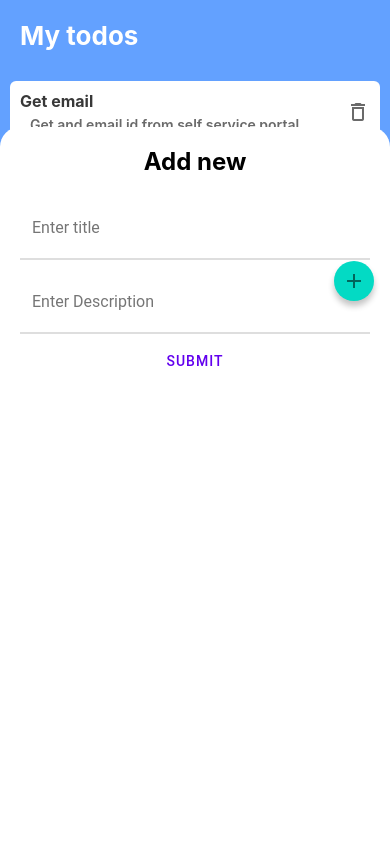
Repository: sadarsh216/Todo-App
Page: /, after clicking the first element matching `button.css-view-175oi2r`
An editor plug-in stored every save of this project. The page is shown before and after the next save, followed by the edit.
The browser window is 390 px wide. The pictures show the whole page.
The app was drawn by React Native's web renderer in a window 390 px wide. The project was rebuilt for these pictures with package versions that can differ from the ones it lists, and the page was loaded fresh each time.

Above is the page before, as saved 2021-10-09 14:34:28.

### App.tsx
import { StatusBar } from "expo-status-bar";
import React, { useRef } from "react";
import {
  SafeAreaView,
  ScrollView,
  StyleSheet,
  Text,
  TouchableWithoutFeedback,
  View,
  Animated,
  Easing,
} from "react-native";
import Todos from "./Pages/Todos";
import { FAB } from "react-native-paper";
import Modal from "./components/Modal";
import * as Animatable from "react-native-animatable";

export default function App() {
  const [showAdd, setAdd] = React.useState(false);

  return (
    <>
      <SafeAreaView>
        <View style={styles.container}>
          <ScrollView>
            <Text style={styles.heading}>My todos</Text>
            <Todos />
          </ScrollView>
          {showAdd && (
            <Animatable.View style={styles.modal} animation="fadeInUpBig">
              <TouchableWithoutFeedback onPress={() => alert("")}>
                <Modal />
              </TouchableWithoutFeedback>
            </Animatable.View>
          )}
        </View>
        <FAB
          style={styles.fab}
          small
          icon="plus"
          onPress={() => setAdd(!showAdd)}
        />
      </SafeAreaView>
    </>
  );
}

const styles = StyleSheet.create({
  container: {
    height: "100%",
    backgroundColor: "#63a1ff",
  },
  heading: {
    color: "white",
    fontSize: 26,
    fontWeight: "bold",
    margin: 20,
  },
  fab: {
    color: "#fff",
    position: "absolute",
    margin: 16,
    right: 0,
    bottom: 0,
  },
  modal: {
    position: "absolute",
    bottom: 0,
    height: "60%",
    width: "100%",
    display: "flex",
    backgroundColor: "white",
    borderTopRightRadius: 20,
    borderTopLeftRadius: 20,
    elevation: 4,
    padding: 10,
    // backgroundColor: "rgba(0,0,0,0.4)",
  },
});

### Pages/Todos.tsx
import React from "react";
import { View, Text, StyleSheet, TouchableOpacity } from "react-native";
import { MaterialCommunityIcons } from "@expo/vector-icons";

export default function Todos() {
  const [todos, setTodos] = React.useState([
    {
      title: "Get email",
      description: "Get and email id from self service portal",
      id: 0,
    },
    { title: "Test 1", description: "this is a test data for test 1", id: 1 },
    { title: "Test 2", description: "this is a test data for test 2 ", id: 2 },
  ]);
  const deleteTodo = () => {
    alert("deleted");
  };
  return (
    <>
      {todos.map((item, key) => (
        <View key={item.id} style={styles.card}>
          <View style={styles.details}>
            <Text style={styles.title}>{item.title}</Text>
            <Text style={styles.desc}>{item.description}</Text>
          </View>
          <View style={styles.deleteSection}>
            <TouchableOpacity onPress={deleteTodo}>
              <MaterialCommunityIcons
                name="delete-outline"
                size={24}
                color="#6a6a6a"
              />
            </TouchableOpacity>
          </View>
        </View>
      ))}
    </>
  );
}

const styles = StyleSheet.create({
  card: {
    display: "flex",
    flexDirection: "row",
    backgroundColor: "#fff",
    margin: 10,
    borderRadius: 6,
    elevation: 4,
    padding: 10,
  },
  title: {
    fontSize: 16,
    marginBottom: 5,
    fontWeight: "bold",
    color: "#383838",
  },
  desc: {
    paddingHorizontal: 10,
    fontWeight: "600",
    color: "#6a6a6a",
  },
  details: {
    flex: 2,
  },
  deleteSection: {
    justifyContent: "center",
  },
});

### components/Modal.tsx
import { Formik } from "formik";
import React from "react";
import { View, Text, StyleSheet, TouchableWithoutFeedback } from "react-native";
import { Button, TextInput } from "react-native-paper";

export default function Modal() {
  return (
    <View>
      <Text style={styles.heading}>Add new</Text>
      <Formik
        initialValues={{ title: "", description: "", id: "" }}
        onSubmit={(values) => {
          // submit function
        }}
      >
        {(props) => (
          <View style={styles.formContainer}>
            <TextInput
              style={styles.input}
              placeholder="Enter title"
              onChangeText={props.handleChange("title")}
              value={props.values.title}
            />
            <TextInput
              style={styles.input}
              placeholder="Enter Description"
              onChangeText={props.handleChange("title")}
              value={props.values.title}
                      />
            <Button>Submit</Button>
          </View>
        )}
      </Formik>
    </View>
  );
}

const styles = StyleSheet.create({
  heading: {
    textAlign: "center",
    fontWeight: "bold",
    fontSize: 24,
    margin: 10,
  },
    formContainer: {
      padding:10,
    justifyContent: "space-around",
  },
    input: {
        backgroundColor: 'transparent',
        marginBottom:10,
  },
    submitBtn: {
        marginTop:10,
        padding: 10,
        backgroundColor: 'tomato',
        fontWeight: 'bold',
        textTransform: 'uppercase',
        textAlign: 'center',
        color:'white'
  },
});

After the next save:
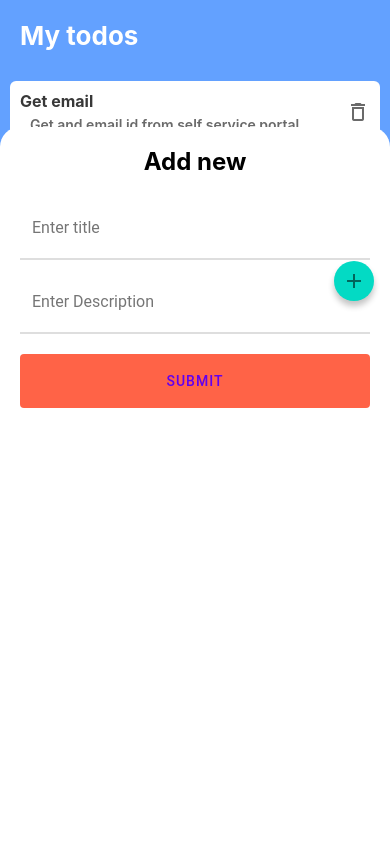
Saved 13 s later.
--- a/components/Modal.tsx
+++ b/components/Modal.tsx
@@ -27,7 +27,7 @@ export default function Modal() {
               onChangeText={props.handleChange("title")}
               value={props.values.title}
                       />
-            <Button>Submit</Button>
+            <Button style={styles.submitBtn}>Submit</Button>
           </View>
         )}
       </Formik>
